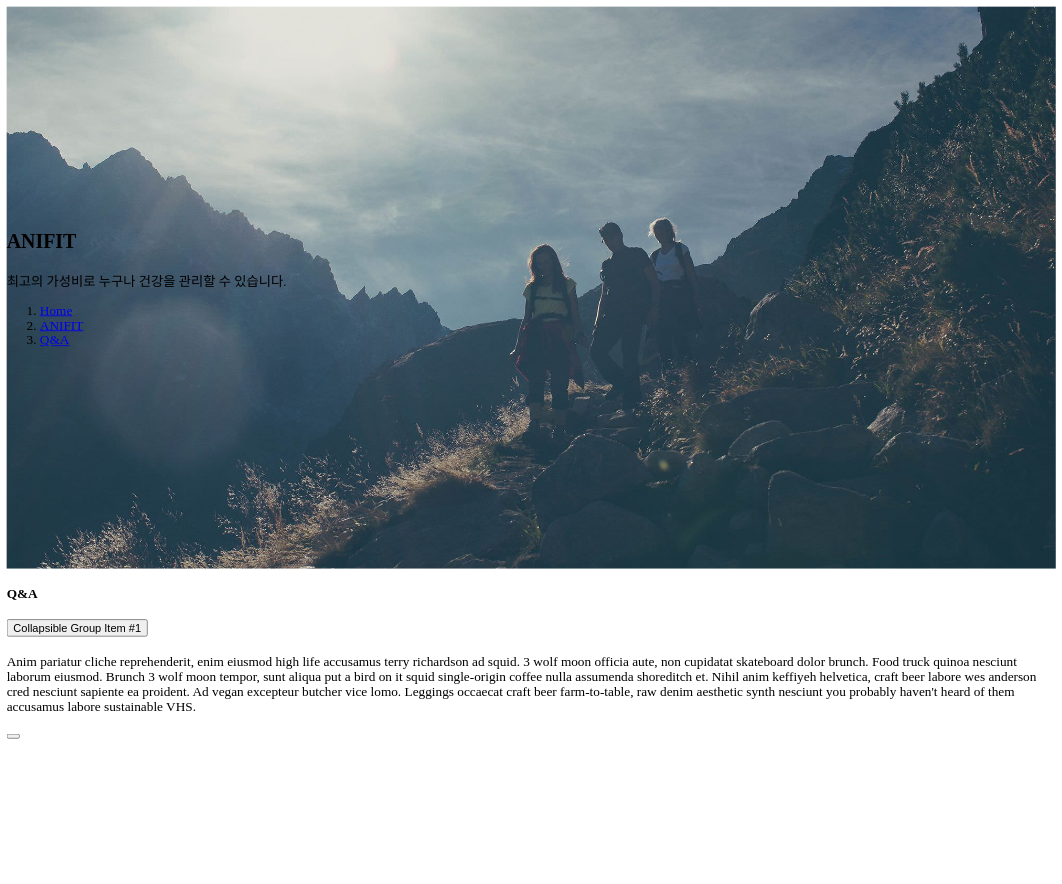
Repository: sjhello/Kitri_SpringProject
Page: http://localhost/SpringProject/WEB-INF/views/qa/qa.jsp
An editor plug-in stored every save of this project. The page is shown before and after the next save, followed by the edit.
The browser window is 1280 px wide. The pictures show the whole page, at 83% of full size.
The page is served by Tomcat 9. Nobody is signed in. Other server files are loaded and not shown. The template is opened directly, without the code that normally fills it, so the values that code supplies are empty.

Above is the page before, as saved 2018-12-05 03:32:34.

### SpringProject/src/main/webapp/WEB-INF/views/qa/qa.jsp
<%@ page language="java" contentType="text/html; charset=UTF-8"
    pageEncoding="UTF-8"%>
<section id="page-title" class="page-title-parallax page-title-dark" style="padding: 250px 0; background-image: url('images/about/parallax.jpg'); background-size: cover; background-position: center center;" data-bottom-top="background-position:0px 400px;" data-top-bottom="background-position:0px -500px;">

			<div class="container clearfix">
				<h1>ANIFIT</h1>
				<span>최고의 가성비로 누구나 건강을 관리할 수 있습니다.</span>
				<ol class="breadcrumb">
					<li class="breadcrumb-item"><a href="main.do">Home</a></li>
					<li class="breadcrumb-item"><a href="#">ANIFIT</a></li>
					<li class="breadcrumb-item active" aria-current="page"><a href="qa.do">Q&A</a></li>
				</ol>
			</div>

		</section><!-- #page-title end -->

		<!-- Content
		============================================= -->
		<section id="content">
			<div class="content-wrap">
				<div class="container clearfix" style="margin-bottom: 175px;">
					<h4>Q&A</h4>
					<div class="col_one">
						<div id="accordion">
						  <div class="card">
						    <div class="card-header" id="headingOne">
						      <h5 class="mb-0">
						        <button class="btn btn-link" data-toggle="collapse" data-target="#collapseOne" aria-expanded="true" aria-controls="collapseOne">
						          Collapsible Group Item #1
						        </button>
						      </h5>
						    </div>

						    <div id="collapseOne" class="collapse show" aria-labelledby="headingOne" data-parent="#accordion">
						      <div class="card-body">
						        Anim pariatur cliche reprehenderit, enim eiusmod high life accusamus terry richardson ad squid. 3 wolf moon officia aute, non cupidatat skateboard dolor brunch. Food truck quinoa nesciunt laborum eiusmod. Brunch 3 wolf moon tempor, sunt aliqua put a bird on it squid single-origin coffee nulla assumenda shoreditch et. Nihil anim keffiyeh helvetica, craft beer labore wes anderson cred nesciunt sapiente ea proident. Ad vegan excepteur butcher vice lomo. Leggings occaecat craft beer farm-to-table, raw denim aesthetic synth nesciunt you probably haven't heard of them accusamus labore sustainable VHS.
						      </div>
						    </div>
						  </div>
						  <c:forEach var="list" items="${list }">
						  <div class="card">
						    <div class="card-header" id="headingOne">
						      <h5 class="mb-0">
						        <button class="btn btn-link" data-toggle="collapse" data-target="#collapseOne" aria-expanded="true" aria-controls="collapseOne">
						          ${list.title }
						        </button>
						      </h5>
						    </div>

						    <div id="collapseOne" class="collapse show" aria-labelledby="headingOne" data-parent="#accordion">
						      <div class="card-body">
								${list.content }
						      </div>
						    </div>
						  </div>
						  </c:forEach>
						</div>
					</div>
				</div>
			</div>
		</section><!-- #content end -->

After the next save:
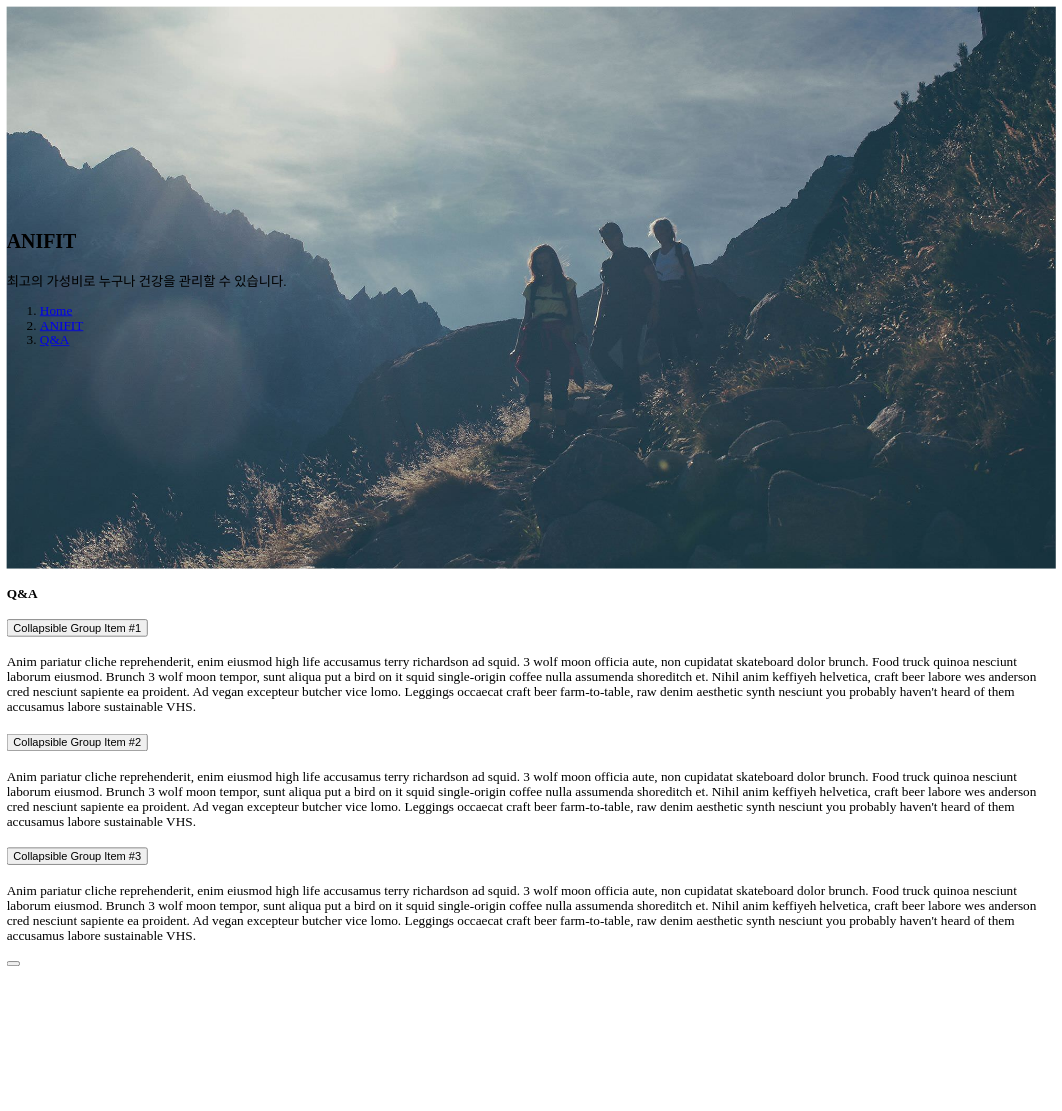
Saved 51 s later.
--- a/SpringProject/src/main/webapp/WEB-INF/views/qa/qa.jsp
+++ b/SpringProject/src/main/webapp/WEB-INF/views/qa/qa.jsp
@@ -37,6 +37,34 @@
 						      </div>
 						    </div>
 						  </div>
+						  <div class="card">
+						    <div class="card-header" id="headingTwo">
+						      <h5 class="mb-0">
+						        <button class="btn btn-link collapsed" data-toggle="collapse" data-target="#collapseTwo" aria-expanded="false" aria-controls="collapseTwo">
+						          Collapsible Group Item #2
+						        </button>
+						      </h5>
+						    </div>
+						    <div id="collapseTwo" class="collapse" aria-labelledby="headingTwo" data-parent="#accordion">
+						      <div class="card-body">
+						        Anim pariatur cliche reprehenderit, enim eiusmod high life accusamus terry richardson ad squid. 3 wolf moon officia aute, non cupidatat skateboard dolor brunch. Food truck quinoa nesciunt laborum eiusmod. Brunch 3 wolf moon tempor, sunt aliqua put a bird on it squid single-origin coffee nulla assumenda shoreditch et. Nihil anim keffiyeh helvetica, craft beer labore wes anderson cred nesciunt sapiente ea proident. Ad vegan excepteur butcher vice lomo. Leggings occaecat craft beer farm-to-table, raw denim aesthetic synth nesciunt you probably haven't heard of them accusamus labore sustainable VHS.
+						      </div>
+						    </div>
+						  </div>
+						  <div class="card">
+						    <div class="card-header" id="headingThree">
+						      <h5 class="mb-0">
+						        <button class="btn btn-link collapsed" data-toggle="collapse" data-target="#collapseThree" aria-expanded="false" aria-controls="collapseThree">
+						          Collapsible Group Item #3
+						        </button>
+						      </h5>
+						    </div>
+						    <div id="collapseThree" class="collapse" aria-labelledby="headingThree" data-parent="#accordion">
+						      <div class="card-body">
+						        Anim pariatur cliche reprehenderit, enim eiusmod high life accusamus terry richardson ad squid. 3 wolf moon officia aute, non cupidatat skateboard dolor brunch. Food truck quinoa nesciunt laborum eiusmod. Brunch 3 wolf moon tempor, sunt aliqua put a bird on it squid single-origin coffee nulla assumenda shoreditch et. Nihil anim keffiyeh helvetica, craft beer labore wes anderson cred nesciunt sapiente ea proident. Ad vegan excepteur butcher vice lomo. Leggings occaecat craft beer farm-to-table, raw denim aesthetic synth nesciunt you probably haven't heard of them accusamus labore sustainable VHS.
+						      </div>
+						    </div>
+						  </div>
 						  <c:forEach var="list" items="${list }">
 						  <div class="card">
 						    <div class="card-header" id="headingOne">
@@ -47,7 +75,7 @@
 						      </h5>
 						    </div>
 
-						    <div id="collapseOne" class="collapse show" aria-labelledby="headingOne" data-parent="#accordion">
+						    <div id="collapseOne" class="collapse show" aria-labelledby="headingFour" data-parent="#accordion">
 						      <div class="card-body">
 								${list.content }
 						      </div>
